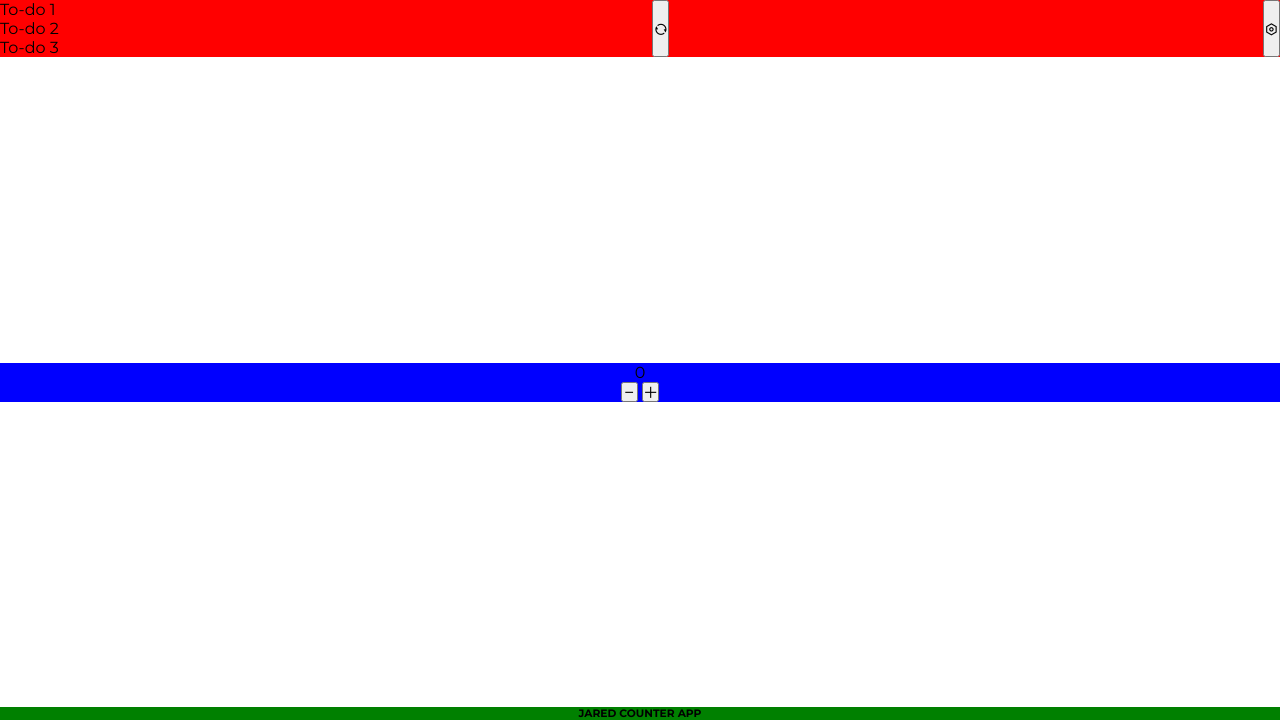
Repository: EguJaredoBoyd/Jared-Counter-App
Page: index.html
These files come from the project's save history. The page is drawn as it stood at one moment and after the next save; the edit follows.
The browser window is 1280 px wide. The pictures show the whole page.

Above is the page before, as saved 2025-11-17 22:10:10.

### index.html
<!DOCTYPE html>
<html lang="en">

<head>
    <meta charset="UTF-8">
    <meta name="viewport" content="width=device-width, initial-scale=1.0">
    <title>Document</title>
    <link rel="preconnect" href="https://fonts.googleapis.com">
    <link rel="preconnect" href="https://fonts.gstatic.com" crossorigin>
    <link href="https://fonts.googleapis.com/css2?family=Montserrat:ital,wght@0,100..900;1,100..900&display=swap"
        rel="stylesheet">
    <link href="https://cdn.jsdelivr.net/npm/remixicon@4.2.0/fonts/remixicon.css" rel="stylesheet">
    <link rel="stylesheet" href="style.css">
    <script src="script.js" defer></script>
    <script src="toggle-script.js" defer></script>
</head>

<body id="body">
    <header>
        <ul>
            <li>To-do 1</li>
            <li>To-do 2</li>
            <li>To-do 3</li>
        </ul>
        <button id="reset"><i class="ri-refresh-line"></i></button>
        <button><i class="ri-settings-line"></i></button>
    </header>

    <main>
        <p id="start-count">0</p>
        <button id="decrement"><i class="ri-subtract-line"></i></button>
        <button id="increment"><i class="ri-add-large-line"></i></button>
    </main>

    <footer>
        <h6>JARED COUNTER APP</h6>
    </footer>







</body>

</html>

### style.css
* {
    padding: 0;
    margin: 0;
    box-sizing: border-box;
    font-family: "Montserrat", sans-serif;

}

:root {
    --primary-color: #0d1b2a;
    --secondary-color: #e0e1dd;
}

body {
    display: flex;
    flex-direction: column;
    height: 100vh;
    justify-content: space-between;
}

header {
    display: flex;
    justify-content: space-between;
    background-color: red;
}

main {
    text-align: center;
    background-color: blue;
}

footer {
    text-align: center;
    background-color: green;
}

### script.js
//Get the last number clicked
let numberCount = Number(localStorage.getItem('increment')) || 0;

//Get last button clicked once the browser loads
let savedColor = localStorage.getItem('color');
let savedColor2 = localStorage.getItem('color2');
let savedColor3 = localStorage.getItem('color3')

let numberIncrement = document.querySelector('#increment');
let numberDecrement = document.getElementById('decrement');
let numberReset = document.querySelector('#reset');
let startCount = document.getElementById('start-count');

//Loads the the page with the last clicked number
startCount.textContent = numberCount;

//Uses the saved colour as a variable for the string 'red'
if (savedColor) {
    numberIncrement.style.backgroundColor = savedColor;
}
if (savedColor2) {
    numberDecrement.style.backgroundColor = savedColor2
}
if (savedColor3) {
    numberReset.style.backgroundColor = savedColor3;
}



numberIncrement.addEventListener('click', () => {
    let incrementColor = numberIncrement.style.backgroundColor = 'red';

    //Reset the other button colours
    numberDecrement.style.background = '';
    numberReset.style.background = '';

    //Save the color so it reminds user of last button clicked
    localStorage.setItem('color', incrementColor)
    //Remove colour storage for other buttons
    localStorage.removeItem('color2')
    localStorage.removeItem('color3')

    let counting = startCount.textContent = numberCount += 1;
    if (counting > 0) {
        startCount.style.color = 'green'
    }
    else if (counting === 0) {
        startCount.style.color = 'black';
    }
    if (numberCount < 0) {
        startCount.style.color = 'red'
    }

    //Save the number count to the localStorage
    localStorage.setItem('increment', numberCount);

})
numberDecrement.addEventListener('click', () => {
    let decrementColor = numberDecrement.style.backgroundColor = 'yellow';

    //Reset the other button colours
    numberIncrement.style.backgroundColor = '';
    numberReset.style.backgroundColor = '';

    //Save the color so it reminds user of last button clicked
    localStorage.setItem('color2', decrementColor)
    //Remove colour storage for other buttons
    localStorage.removeItem('color');
    localStorage.removeItem('color3')

    let negativeCounting = startCount.textContent = numberCount -= 1;
    if (negativeCounting < 0) {
        startCount.style.color = 'red'
    }
    else if (negativeCounting === 0) {
        startCount.style.color = 'black'
    }
    localStorage.setItem('increment', numberCount);
})
numberReset.addEventListener('click', () => {
    let resetColor = numberReset.style.backgroundColor = 'Blue';

    //Reset the other button colours
    numberIncrement.style.backgroundColor = '';
    numberDecrement.style.backgroundColor = '';

    //Save the color so it reminds user of last button clicked
    localStorage.setItem('color3', resetColor)
    //Remove colour storage for other buttons
    localStorage.removeItem('color');
    localStorage.removeItem('color2');

    let resetCounting = startCount.textContent = numberCount = 0;
    if (resetCounting === 0) {
        startCount.style.color = 'black'
    }
    localStorage.setItem('increment', numberCount);
})

Loaded but not shown: toggle-script.js (no stored copy; drawn as an empty file)

After the next save:
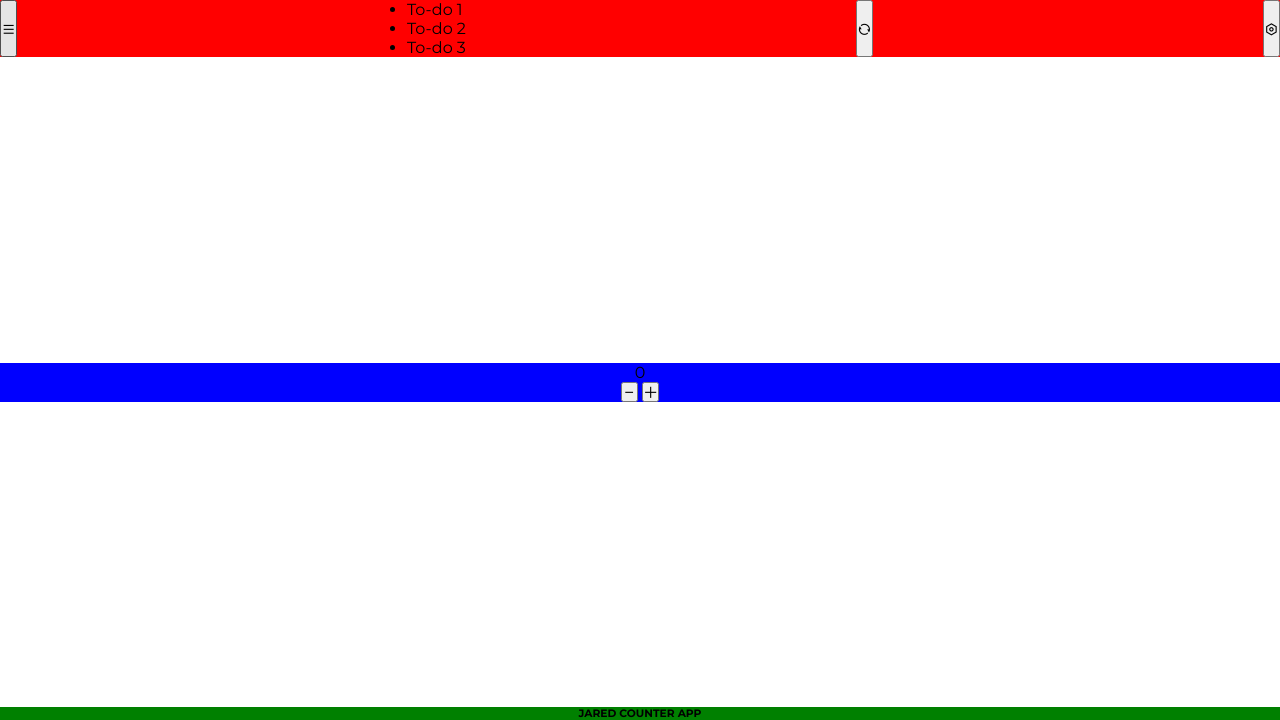
Saved 2 min 5 s later.
--- a/index.html
+++ b/index.html
@@ -17,6 +17,7 @@
 
 <body id="body">
     <header>
+        <button><i class="ri-menu-line"></i></button>
         <ul>
             <li>To-do 1</li>
             <li>To-do 2</li>
